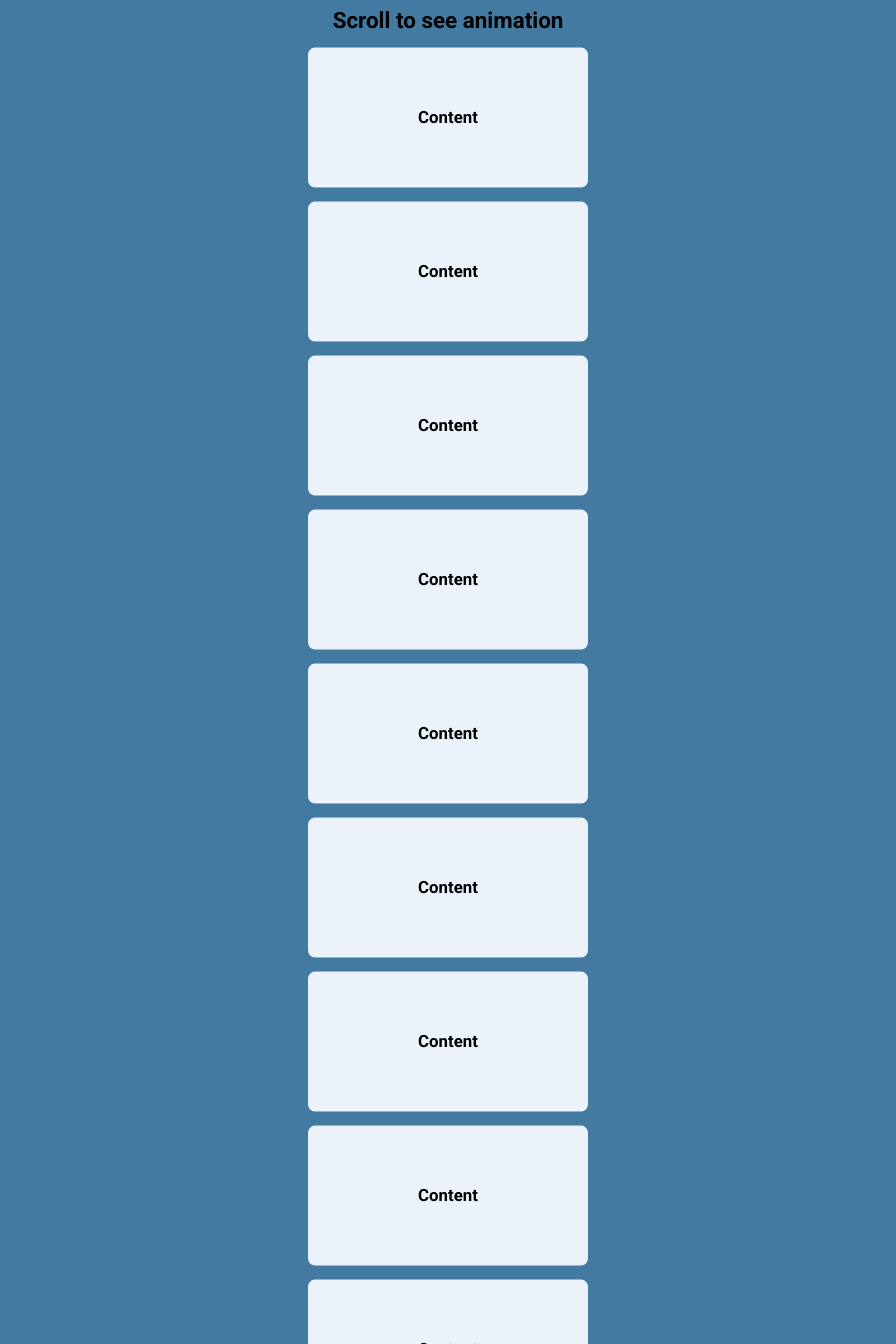
Repository: thecoachanna/scroll-animation
Page: index.html
The author's editor kept a copy of each file at every save. The page is drawn from the files as they stood at one save, then again after the next save.
The browser window is 1280 px wide. The pictures show the part of the page from y = 0 to 1920 px (the page is 2918 px tall), at 70% of full size.
Some web fonts or font styles are not loaded; a fallback is used.

Above is the page before, as saved 2023-02-20 12:49:21.

### index.html
<!DOCTYPE html>
<html lang="en">
<head>
    <meta charset="UTF-8">
    <meta http-equiv="X-UA-Compatible" content="IE=edge">
    <meta name="viewport" content="width=device-width, initial-scale=1.0">
    <link rel="stylesheet" href="style.css">
    <title>Scroll Animation</title>
</head>
<body>
    <h1>Scroll to see animation</h1>
    <div class="box"><h2>Content</h2></div>
    <div class="box"><h2>Content</h2></div>
    <div class="box"><h2>Content</h2></div>
    <div class="box"><h2>Content</h2></div>
    <div class="box"><h2>Content</h2></div>
    <div class="box"><h2>Content</h2></div>
    <div class="box"><h2>Content</h2></div>
    <div class="box"><h2>Content</h2></div>
    <div class="box"><h2>Content</h2></div>
    <div class="box"><h2>Content</h2></div>
    <div class="box"><h2>Content</h2></div>
    <div class="box"><h2>Content</h2></div>
    <div class="box"><h2>Content</h2></div>
    <script src="script.js"></script>
</body>
</html>

### style.css
@import url('https://fonts.googleapis.com/css2?family=Inter:wght@400;600;700&family=Lato:wght@100&family=Oswald:wght@700&family=Outfit&family=Poiret+One&family=Roboto:wght@400;700&display=swap');


* {
    box-sizing: border-box;
}

body {
    background-color: #427AA1;
    font-family: 'Roboto', sans-serif;
    display: flex;
    flex-direction: column;
    align-items: center;
    justify-content: center;
    margin: 0;
}

h1 {
    margin: 10px;
}

.box {
    background-color: #EBF2FA;
    color: charcoal;
    display: flex;
    align-items: center;
    justify-content: center;
    width: 400px;
    height: 200px;
    margin: 10px;
    border-radius: 10px;
    box-shadow: 2px 4px 5px rgba;
}

Loaded but not shown: script.js (no copy from this time; the picture is the same without it)

After the next save:
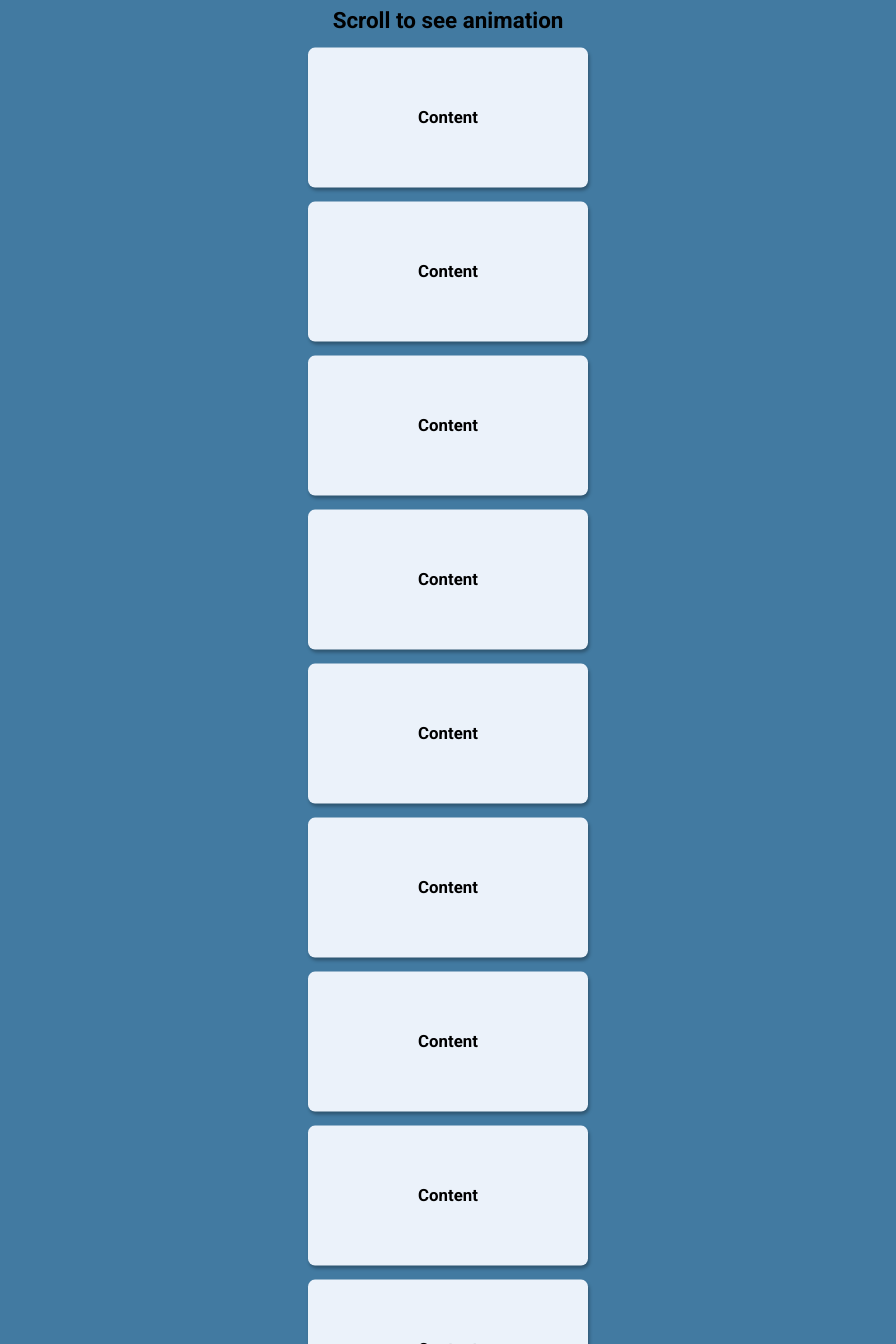
Saved 12 s later.
--- a/style.css
+++ b/style.css
@@ -29,5 +29,5 @@ h1 {
     height: 200px;
     margin: 10px;
     border-radius: 10px;
-    box-shadow: 2px 4px 5px rgba;
+    box-shadow: 2px 4px 5px rgba(0, 0, 0, 0.3);
 }
